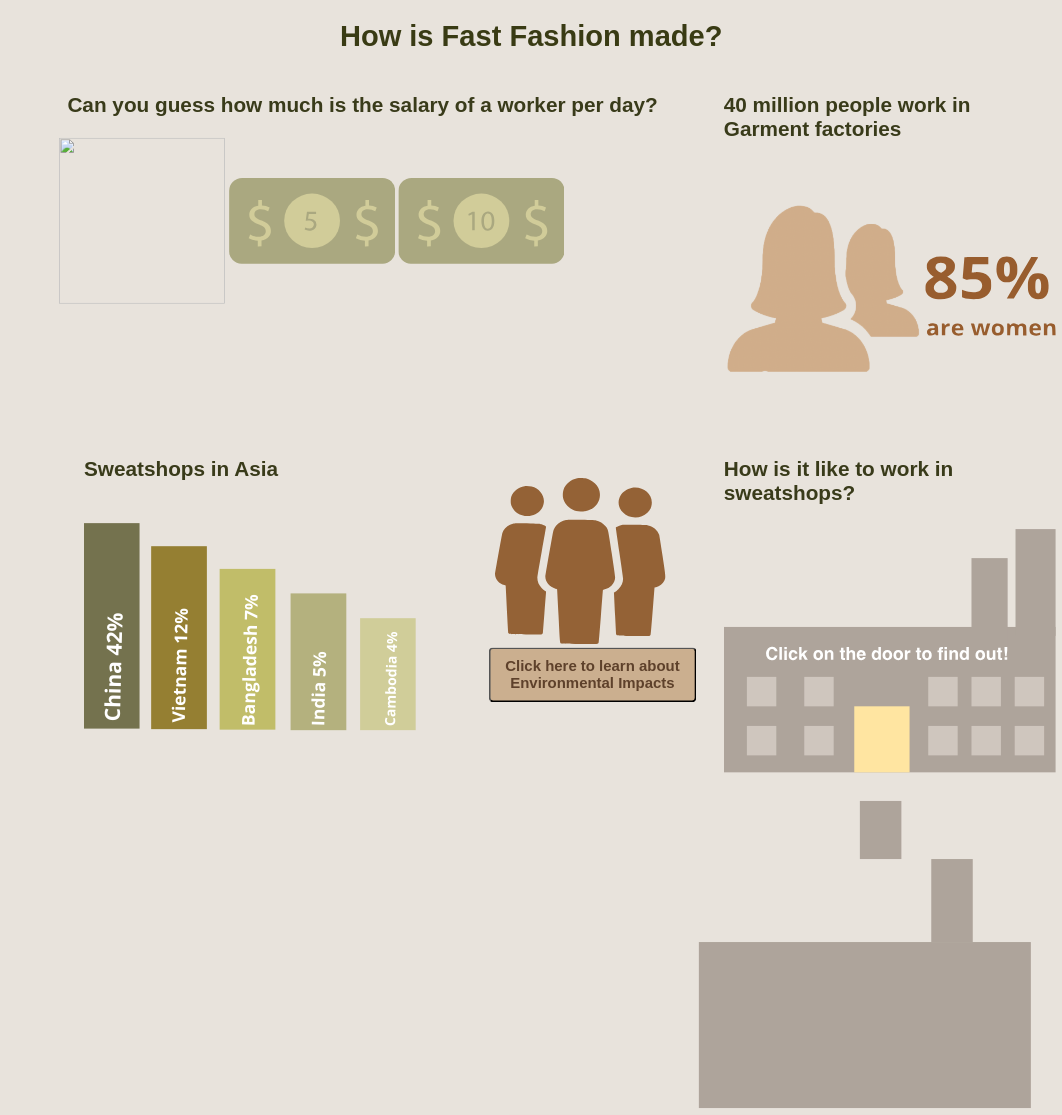
Repository: DevOfHockey/mdia-2190-midterm
Page: fashionlabor.html
An editor plug-in stored every save of this project. The page is shown before and after the next save, followed by the edit.
The browser window is 1280 px wide. The pictures show the whole page, at 83% of full size.

Above is the page before, as saved 2022-03-08 12:03:38.

After the next save:
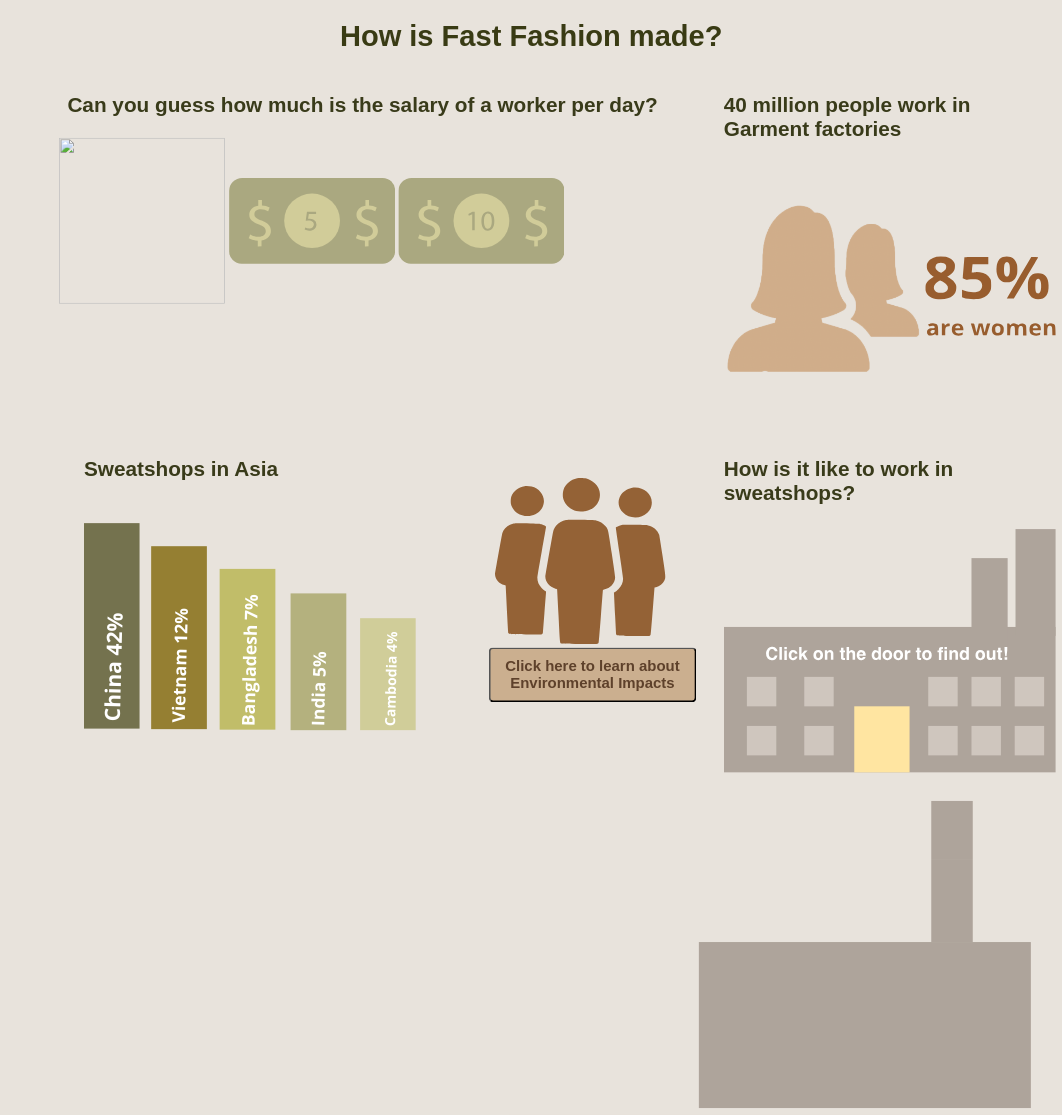
Saved 24 s later.
--- a/comps/sweatshopbox.js
+++ b/comps/sweatshopbox.js
@@ -10,7 +10,6 @@
         height: 100px;
         position: relative;
         left: 65%;
-        bottom: 100%;
     }
 
     .chimneylong {
@@ -18,7 +17,7 @@
         width: 50px;
         height: 70px;
         position: relative;
-        left: 45%;
+        left: 65%;
     }
 
     .sweatshop {

After the save that followed:
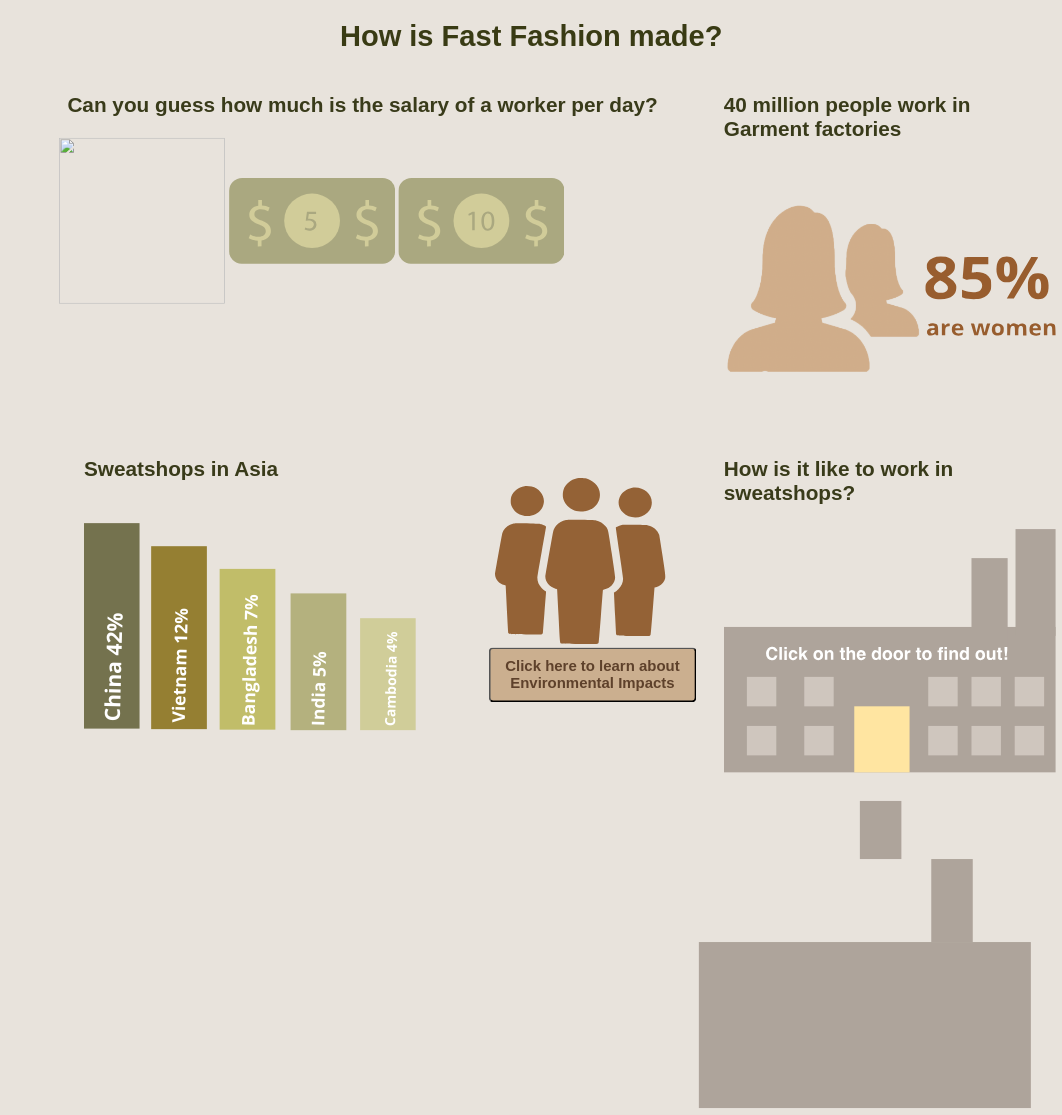
Saved 16 s later.
--- a/comps/sweatshopbox.js
+++ b/comps/sweatshopbox.js
@@ -17,7 +17,7 @@
         width: 50px;
         height: 70px;
         position: relative;
-        left: 65%;
+        left: 45%;
     }
 
     .sweatshop {
